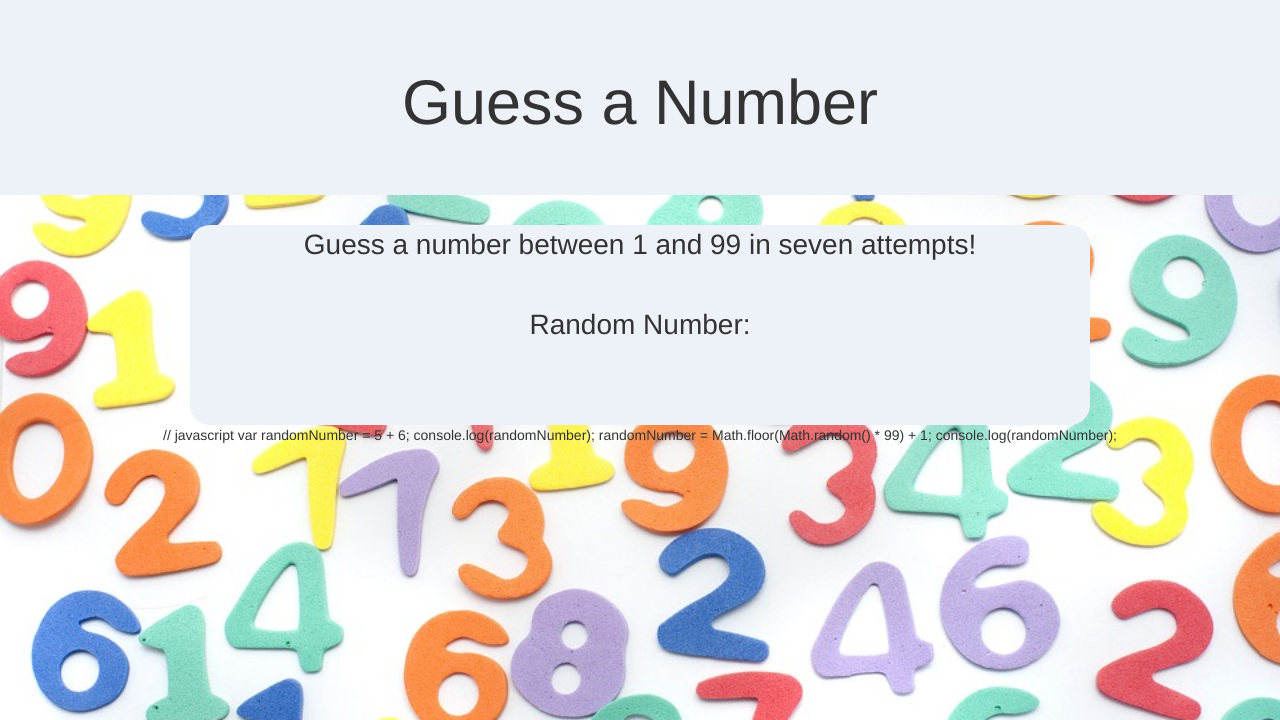
Repository: dereki16/lab3.1
Page: labs/lab1/index.html
The author's editor kept a record of every edit. The page is drawn from the files as they stood at one moment, then again after the next edit.
The browser window is 1280 px wide. The pictures show the whole page.

Above is the page before.

After the next edit:
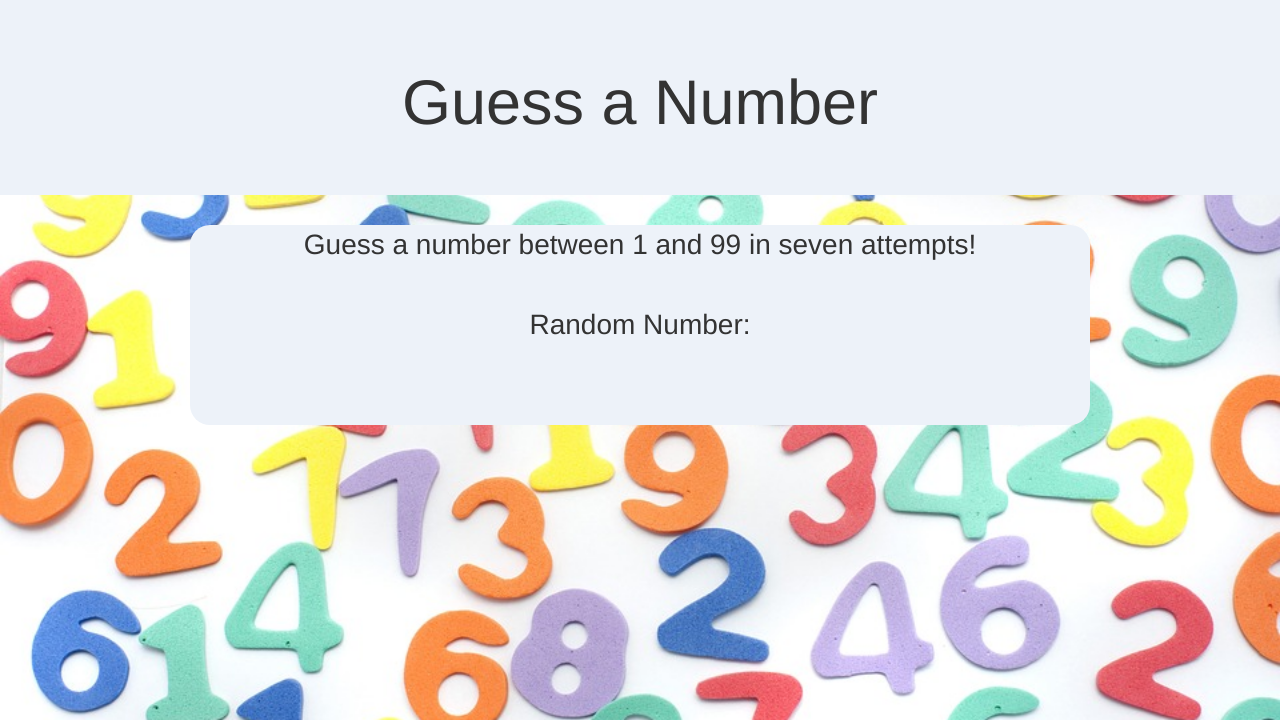
The edit:
--- a/labs/lab1/index.html
+++ b/labs/lab1/index.html
@@ -28,13 +28,5 @@
 
     </body>
 
-    <scipt>
-        // javascript
-        var randomNumber = 5 + 6;
-        console.log(randomNumber);
 
-        randomNumber = Math.floor(Math.random() * 99) + 1;
-        console.log(randomNumber);
-
-    </scipt>
 </html>
